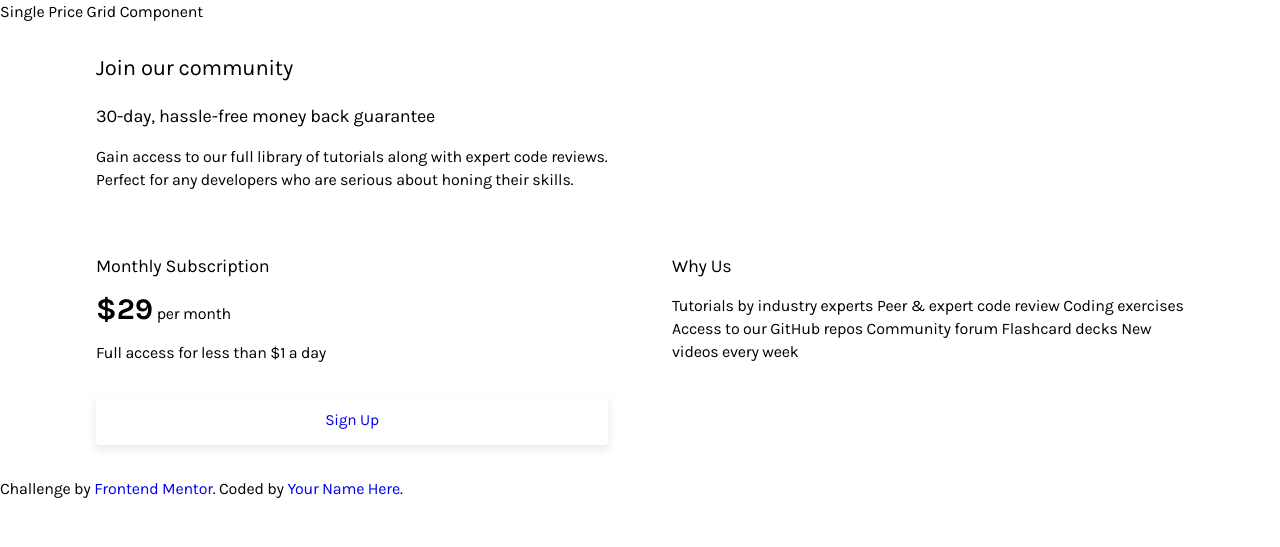
Repository: bangjuyoung/bangjuyoung
Page: practice/frontend-mentor/single-price-grid-component/index.html
The author's editor kept a copy of each file at every save. The page is drawn from the files as they stood at one save, then again after the next save.
The browser window is 1280 px wide. The pictures show the whole page.

Above is the page before, as saved 2019-06-16 14:03:37.

After the next save:
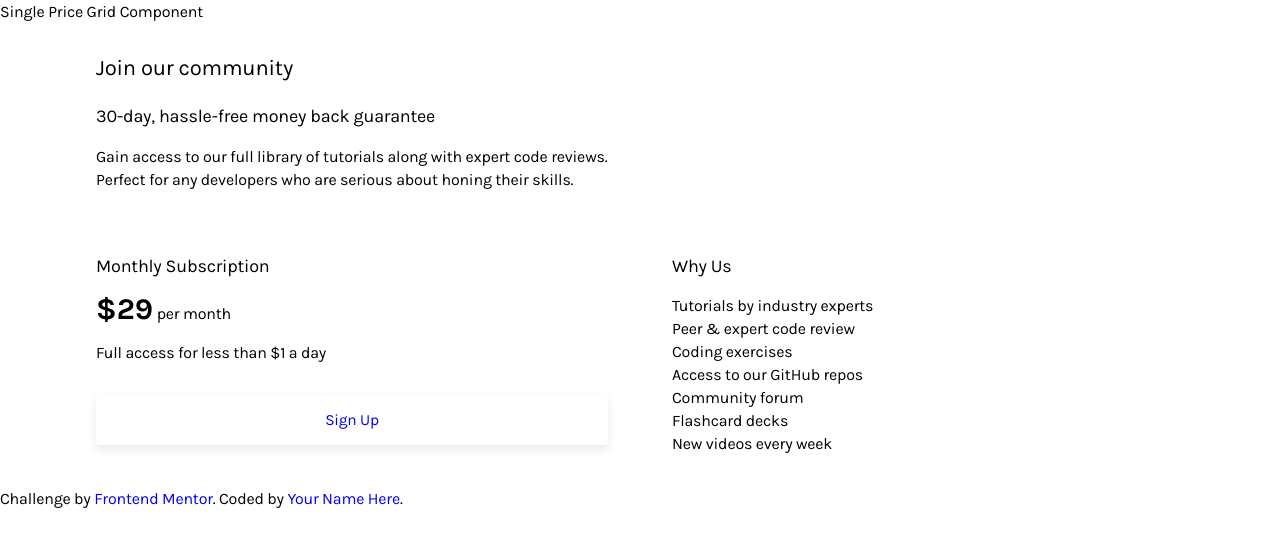
Saved 13 s later.
--- a/practice/frontend-mentor/single-price-grid-component/default.css
+++ b/practice/frontend-mentor/single-price-grid-component/default.css
@@ -14,6 +14,10 @@
     html {
         font-size: 16px;
     }
+}
+
+.newline {
+    display: block;
 }
 
 .btn {

After the save that followed:
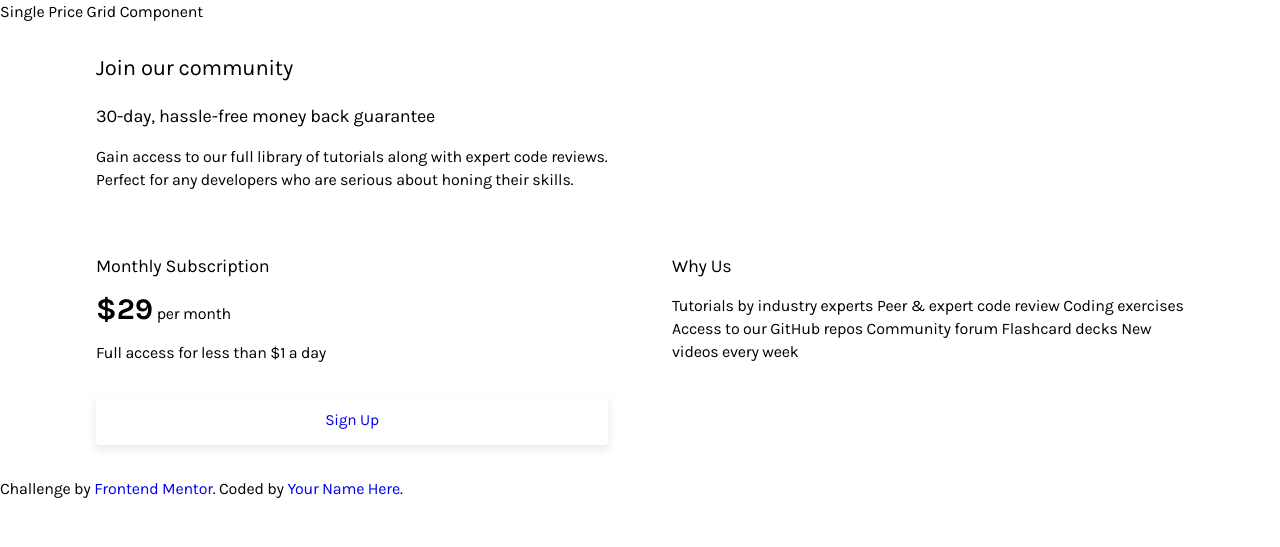
Saved 39 s later.
--- a/practice/frontend-mentor/single-price-grid-component/default.css
+++ b/practice/frontend-mentor/single-price-grid-component/default.css
@@ -14,10 +14,6 @@
     html {
         font-size: 16px;
     }
-}
-
-.newline {
-    display: block;
 }
 
 .btn {
